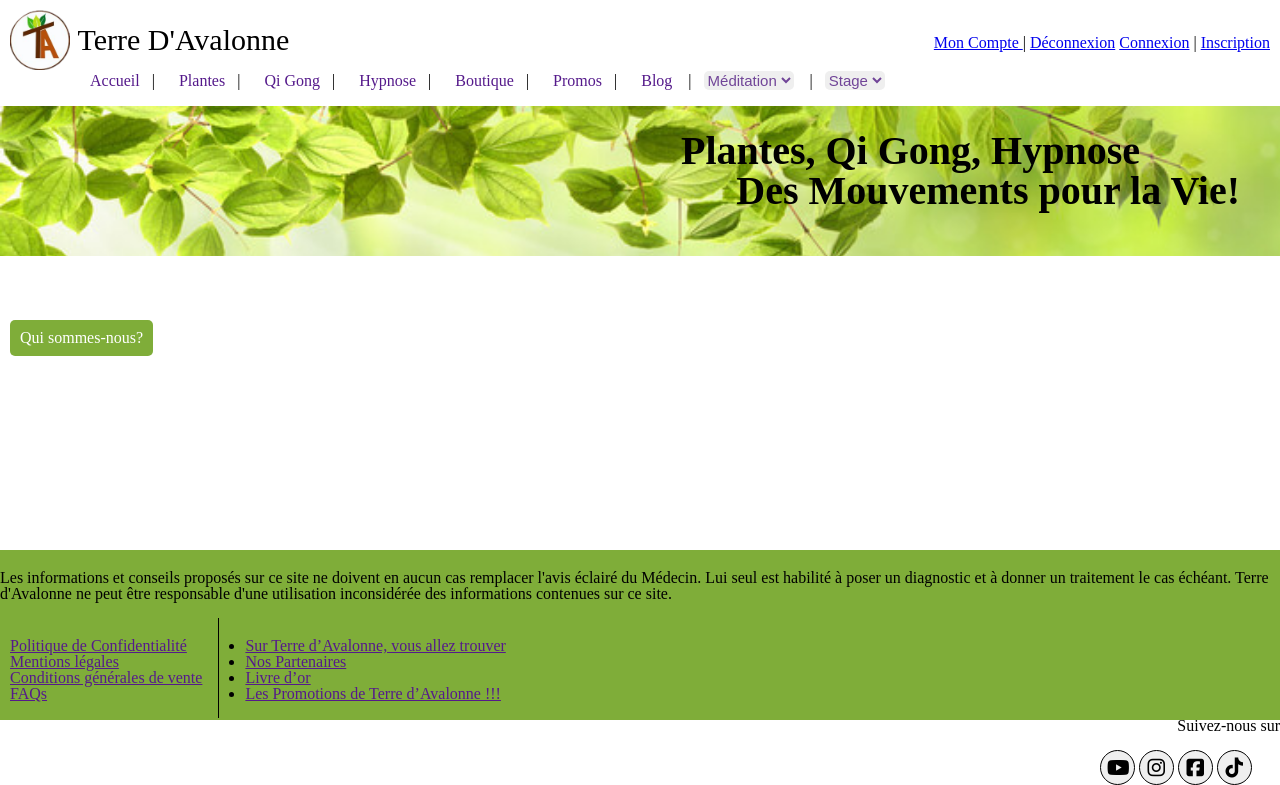
Repository: Michelhof1978/TerreDavalonne
Page: templates/base.html
An editor plug-in stored every save of this project. The page is shown before and after a run of saves, followed by the edit.
The browser window is 1280 px wide. The pictures show the whole page.
Some web fonts or font styles are not loaded; a fallback is used. Some web libraries are served in a nearby version.

Above is the page before, as saved 2022-05-04 16:03:28.

After the next 2 saves:
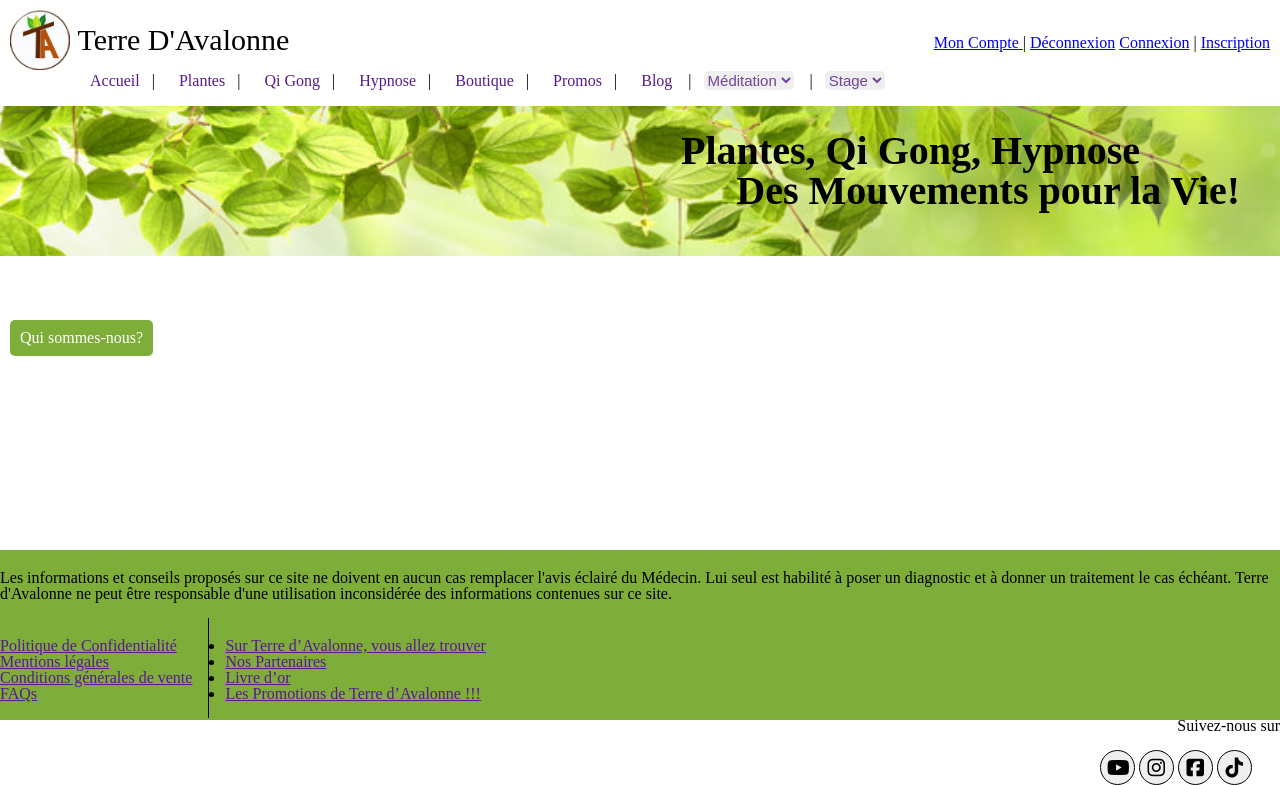
The 2 saves are shown as one change because they came seconds apart.
The last was saved 46 s later.
--- a/templates/base.html
+++ b/templates/base.html
@@ -277,6 +277,8 @@
     padding-top: 20px;
   }
 
+  .footer
+
   .ulFooter {
     text-align: left;
     padding-left: 10px;

After the 2 saves that followed:
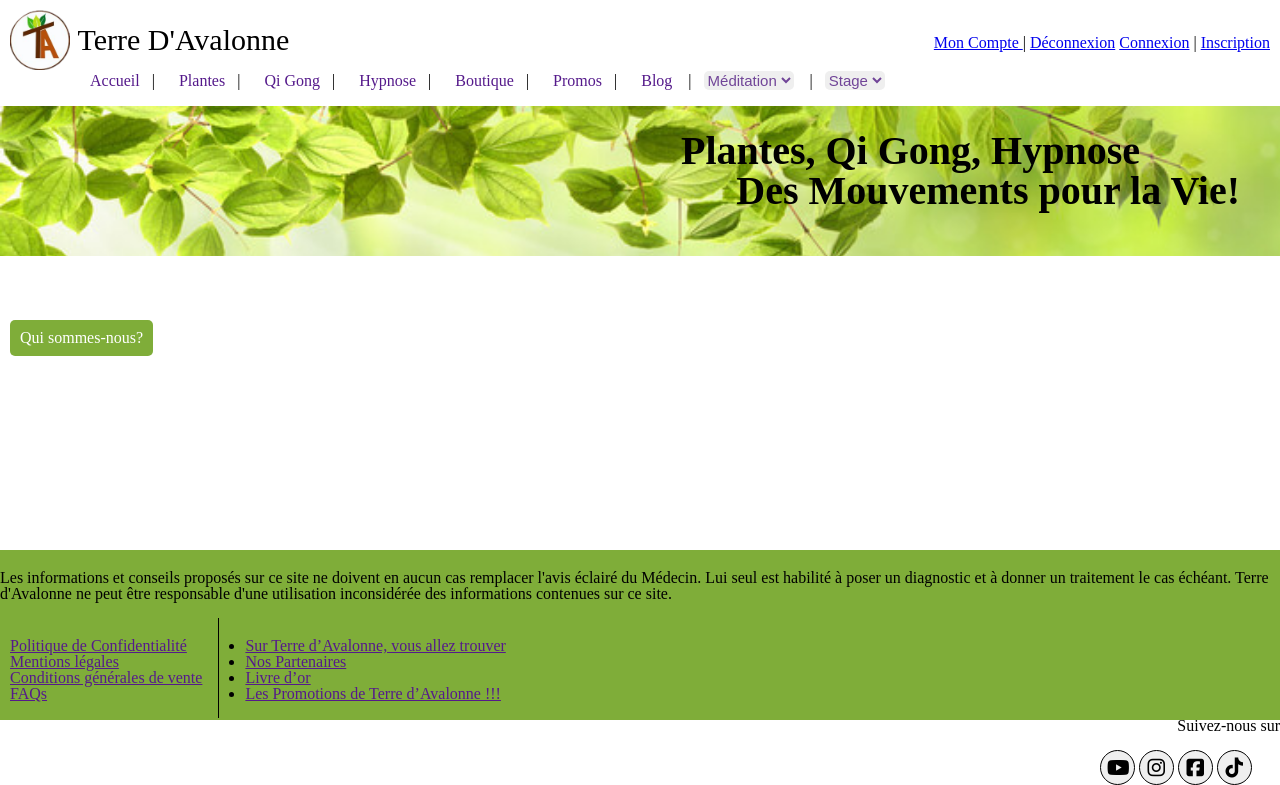
The 2 saves are shown as one change because they came seconds apart.
The last was saved 5 s later.
--- a/templates/base.html
+++ b/templates/base.html
@@ -277,7 +277,9 @@
     padding-top: 20px;
   }
 
-  .footer
+  .footer{
+
+  }
 
   .ulFooter {
     text-align: left;
